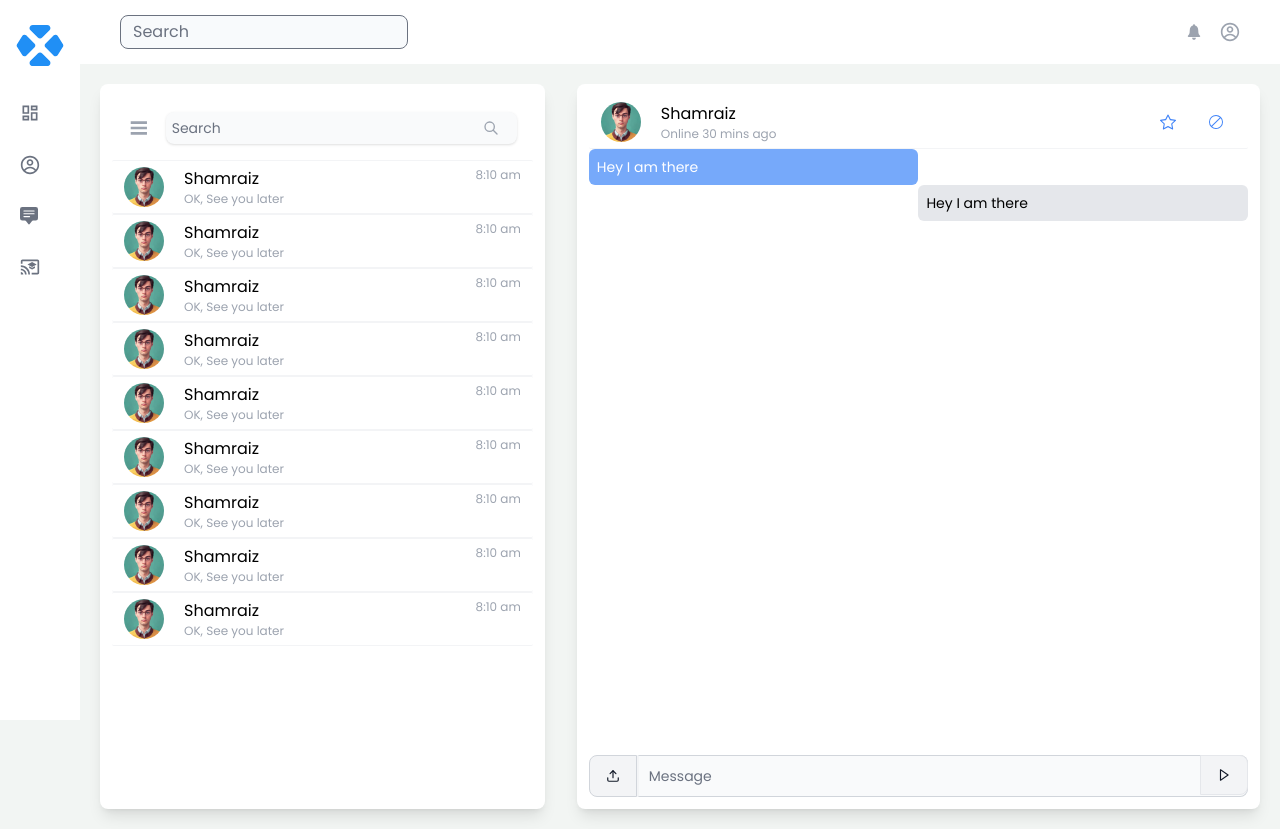
Repository: Shamraiz761/Frontend-Assessment
Page: /chat
The author's editor kept a copy of each file at every save. The page is drawn from the files as they stood at one save, then again after the next save.
The browser window is 1280 px wide. The pictures show the whole page.
The project was rebuilt for these pictures with package versions that can differ from the ones it lists, and the page was loaded fresh each time. Also part of the build but not shown: vite.config.js, src/routes/root.jsx, src/pages/orders/index.jsx, src/pages/submission/index.jsx, src/pages/admin/index.css, src/components/admin/card.jsx, src/components/admin/addCard.jsx, src/pages/admin/index.jsx and 3 more. Imported but missing from the stored project, and not drawn on this page: src/pages/auth/login, src/pages/tasks, src/routes/profileLayout.

Above is the page before, as saved 2023-06-16 11:53:27.

### src/main.jsx
import ReactDOM from 'react-dom/client'

import React from 'react'

import App from './App.jsx'
import './index.css'

ReactDOM.createRoot(document.getElementById('root')).render(
  <React.StrictMode>
    <App />
  </React.StrictMode>,
)

### src/App.jsx
import React from 'react'
import { DndProvider } from 'react-dnd'
import { HTML5Backend } from 'react-dnd-html5-backend'
import 'flowbite'

import AppRoutes from './routes'

export default function App() {
  return (
    <DndProvider backend={HTML5Backend}>
      <AppRoutes />
    </DndProvider>
  )
}

### src/index.css
@import url("https://fonts.googleapis.com/css2?family=Poppins:wght@400;500;600;700;800;900&display=swap");

@tailwind base;
@tailwind components;
@tailwind utilities;

* {
  margin: 0;
  padding: 0;
}

body {
  margin: 0;
  font-family: "Poppins", -apple-system, BlinkMacSystemFont, "Segoe UI",
    "Roboto", "Oxygen", "Ubuntu", "Cantarell", "Fira Sans", "Droid Sans",
    "Helvetica Neue", sans-serif;
  -webkit-font-smoothing: antialiased;
  -moz-osx-font-smoothing: grayscale;
  width: 100vw;
  overflow-x: hidden;
  background-color: #f2f5f3;
  /* background: linear-gradient(180deg, #faefe8 0%, #edc7ac 100%); */
}

code {
  font-family: source-code-pro, Menlo, Monaco, Consolas, "Courier New",
    monospace;
}

.pointer-cursor {
  cursor: pointer;
}

.cusBorder {
  border: 1px solid #000;
  border-radius: 5px;
}

img {
  cursor: pointer;
}
.errors {
  color: #dc3545;
  padding: 0;
  margin: 0;
  font-size: 12px;
}
.loader {
  position: fixed;
  top: 0;
  bottom: 0;
  left: 0;
  right: 0;
  background-color: rgba(47, 151, 161, 0.32);

  display: flex;
  justify-content: center;
  align-items: center;
}

.link {
  color: #000;
  cursor: pointer;
  text-decoration: none;
}
.link:hover {
  color: #000;
}

.trans-btn {
  background-color: transparent;
  border: none;
}
.profile-logout-btn {
  border: 0;
}
.profile-logout-btn:hover {
  border: 0;
}
.profile-btn {
  border-radius: 0;
  border: 0;
}
.logout-btn {
  border-radius: 0;
  border: 0;
}
.logout-btn:hover {
  background-color: rgba(220, 53, 69, 0.5);
  border: 0;
  color: #fff;
}
.breadcrumbs ul {
  list-style: none;
  display: inline-block;
}

.breadcrumbs ul li {
  display: inline;
}

.breadcrumbs ul li .bc-link {
  /* display: block; */
  width: max-content;
  background-color: #f8f9fa;
  padding: 6px 15px 6px 25px;
  text-align: center;
  position: relative;
  margin: 0 10px 0 0;
  font-size: 15px;
  text-decoration: none;
  color: #000;
}
.breadcrumbs ul li .bc-link::after {
  content: "";
  border-top: 17px solid transparent;
  border-bottom: 17px solid transparent;
  border-left: 17px solid #f8f9fa;
  position: absolute;
  top: 0;
  right: -17px;
  z-index: 1;
}
.breadcrumbs ul li .bc-link::before {
  content: "";
  border-top: 17px solid transparent;
  border-bottom: 17px solid transparent;
  border-left: 17px solid #71cdd5;
  position: absolute;
  top: 0;
  left: 0;
}
.breadcrumbs ul li:first-child .bc-link {
  border-top-left-radius: 5px;
  border-bottom-left-radius: 5px;
}
.breadcrumbs ul li:first-child .bc-link::before {
  display: none;
}

.breadcrumbs ul li:last-child .bc-link {
  padding-right: 20px;
  border-top-right-radius: 5px;
  border-bottom-right-radius: 5px;
}
.breadcrumbs ul li:last-child .bc-link::after {
  display: none;
}

@media screen and (max-width: 500px) {
  .breadcrumbs ul li .bc-link {
    /* display: block; */
    padding: 2px 2px 2px 13px;
    /* margin: 0 10px 0 0; */
    font-size: 14px;
  }

  .breadcrumbs ul li .bc-link::after {
    content: "";
    border-top: 11.6px solid transparent;
    border-bottom: 11.6px solid transparent;
    border-left: 11.6px solid #f8f9fa;
    position: absolute;
    top: 0;
    right: -11.6px;
    z-index: 1;
  }
  .breadcrumbs ul li .bc-link::before {
    content: "";
    border-top: 11.6px solid transparent;
    border-bottom: 11.6px solid transparent;
    border-left: 11.6px solid #71cdd5;
    position: absolute;
    top: 0;
    left: 0;
  }
  .breadcrumbs ul li:last-child .bc-link {
    padding-right: 5px;
  }
}

@media screen and (max-width: 350px) {
  .breadcrumbs ul li .bc-link {
    /* display: block; */
    padding: 2px 2px 2px 12px;
    /* margin: 0 10px 0 0; */
    font-size: 10px;
  }

  .breadcrumbs ul li .bc-link::after {
    content: "";
    border-top: 9px solid transparent;
    border-bottom: 9px solid transparent;
    border-left: 9px solid #f8f9fa;
    position: absolute;
    top: 0;
    right: -9px;
    z-index: 1;
  }
  .breadcrumbs ul li .bc-link::before {
    content: "";
    border-top: 9px solid transparent;
    border-bottom: 9px solid transparent;
    border-left: 9px solid #edc7ac;
    position: absolute;
    top: 0;
    left: 0;
  }
  .breadcrumbs ul li:last-child .bc-link {
    padding-right: 5px;
  }
}

/* ********************************************** */

### src/routes/index.jsx
import {
  createBrowserRouter,
  createRoutesFromElements,
  RouterProvider,
  Route,
} from "react-router-dom";

import * as React from "react";

import Layout from "./layout";
import Root from "./root";

import Login from "../pages/auth/login";
import Chat from "../pages/chat";
import UserChat from "../components/chat/userChat";
import ProfileLayout from "./profileLayout";
import Tasks from "../pages/tasks";
import Orders from "../pages/orders";
import Submission from "../pages/submission";
import Admin from "../pages/admin";
import MarketPlace from "../pages/marketplace";
import View from "../pages/view";

export default function AppRoutes() {
  const router = createBrowserRouter(
    createRoutesFromElements(
      <Route>
        <Route path="/login" element={<Login />} />

        <Route element={<Layout />}>
          <Route path="/chat" element={<Chat />}>
            <Route path="userchat" element={<UserChat />} />
          </Route>
          <Route path="/marketplace" element={<MarketPlace />} />
          <Route path="/view" element={<View />} />

          <Route path={"/"} element={<ProfileLayout />}>
            {/* Add Task order payment submit route here */}
            <Route path="/admin" element={<Admin />} />
            <Route path="/" element={<Tasks />} />
            <Route path="/orders" element={<Orders />} />
            <Route path="/tasks" element={<Tasks />} />
            <Route path="/submission" element={<Submission />} />
          </Route>
        </Route>
      </Route>
    )
  );

  return <RouterProvider router={router} />;
}

### src/routes/layout.jsx
import { Link, Outlet, useNavigate } from "react-router-dom";
import { Gi3DGlasses } from "react-icons/gi";
import { CgProfile } from "react-icons/cg";
import { BsArrowLeft, BsFillChatSquareTextFill } from "react-icons/bs";
import { MdOutlineDashboard, MdOutlineCastForEducation } from "react-icons/md";
import "./index.css";

import React, { useState } from "react";
import Header from "../components/header/index";

export default function Layout() {
  const [open, setOpen] = useState(false);
  const [type, setType] = useState(false);
  const navigate = useNavigate();
  return (
    <div>
      <div
        className={`h-screen bg-white p-3 ${
          open ? "w-56" : "w-20"
        } fixed top-0 sidebar z-50`}
      >
        <div className="flex flex-row justify-center">
          <svg
            width="67"
            height="67"
            viewBox="0 0 67 67"
            fill="none"
            xmlns="http://www.w3.org/2000/svg"
            className={` text-4xl block float-left cursor-pointer rounded transition duration-500 ${
              !open && "rotate-[360deg]"
            }`}
            onClick={() => {
              setOpen(!open);
              setType(false);
            }}
          >
            <path
              d="M22.138 15.2984L30.8759 24.0363C32.3276 25.488 34.7005 25.488 36.1522 24.0363L44.8901 15.2984C47.2351 12.9534 45.588 8.90552 42.238 8.90552H24.7622C21.4401 8.90552 19.7651 12.9534 22.138 15.2984Z"
              fill="#208FF5"
            />
            <path
              d="M22.138 51.7017L30.8759 42.9637C32.3276 41.5121 34.7005 41.5121 36.1522 42.9637L44.8901 51.7017C47.2351 54.0467 45.588 58.0946 42.238 58.0946H24.7622C21.4401 58.0946 19.7651 54.0467 22.138 51.7017Z"
              fill="#208FF5"
            />
            <path
              d="M6.03002 31.9088L12.423 21.8588C13.428 20.2676 15.6614 20.0163 17.0014 21.3563L27.0514 31.4063C28.1959 32.5509 28.1959 34.4213 27.0514 35.5659L17.0014 45.6159C15.6614 46.9559 13.456 46.7047 12.423 45.1134L6.03002 35.0634C5.44377 34.1142 5.44377 32.8859 6.03002 31.9088Z"
              fill="#208FF5"
            />
            <path
              d="M60.9701 31.9088L54.5771 21.8588C53.5721 20.2676 51.3387 20.0163 49.9987 21.3563L39.9488 31.4063C38.8042 32.5509 38.8042 34.4213 39.9488 35.5659L49.9987 45.6159C51.3387 46.9559 53.5442 46.7047 54.5771 45.1134L60.9701 35.0634C61.5563 34.1142 61.5563 32.8859 60.9701 31.9088Z"
              fill="#208FF5"
            />
          </svg>
        </div>

        {/* Search */}

        <ul className="pt-2">
          {/* Dashboard */}
          <Link
            to="/marketplace"
            className={` rounded-md text-gray-500  text-xs flex items-center gap-x-4 cursor-pointer hover:bg-gray-50 hover:text-blue-500 py-4 p-2`}
          >
            <span className="text-xl block float-left">
              <MdOutlineDashboard />
            </span>
            <span
              className={` text-sm font-md flex-1 hidden-link ${
                !open && "hidden"
              }`}
            >
              Marketplace
            </span>
          </Link>

          <Link
            className={` rounded-md text-gray-500  text-xs flex items-center gap-x-4 cursor-pointer hover:bg-gray-50 hover:text-blue-500 py-4 p-2`}
            to="/"
          >
            <span className="text-xl block float-left">
              <CgProfile />
            </span>
            <span
              className={` text-xs font-md flex-1 hidden-link ${
                !open && "hidden"
              }`}
            >
              Profile
            </span>
          </Link>

          {/* Lens */}
          <Link
            className={` rounded-md text-gray-500  text-xs flex items-center gap-x-4 cursor-pointer hover:bg-gray-50 hover:text-blue-500 py-4 p-2`}
            to="/chat"
          >
            <span className="text-lg block float-left">
              <BsFillChatSquareTextFill />
            </span>
            <span
              className={` text-xs font-md flex-1  hidden-link ${
                !open && "hidden"
              }`}
            >
              Chat
            </span>
          </Link>

          {/* Orders */}
          <Link
            className={` rounded-md text-gray-500  text-xs flex items-center gap-x-4 cursor-pointer hover:bg-gray-50 hover:text-blue-500 py-4 p-2`}
            to="/education"
          >
            <span className="text-xl block float-left">
              <MdOutlineCastForEducation />
            </span>
            <span
              className={` text-xs font-md flex-1  hidden-link ${
                !open && "hidden"
              }`}
            >
              Education
            </span>
          </Link>
        </ul>
      </div>
      <div className={`${open ? "ml-56" : "ml-20"}`}>
        <Header />
        <Outlet />
      </div>
    </div>
  );
}

### src/pages/chat/index.jsx
import { VscThreeBars } from "react-icons/vsc";

import React from "react";

import UserChat from "../../components/chat/userChat";
import ChatsCard from "../../components/chat/chatsCard";

function Chat() {
  return (
    <div className="m-5 grid grid-cols-1 md:grid-cols-5  gap-8 flex-wrap">
      <div className="col-span-1 md:col-span-2 p-3 bg-white rounded-lg shadow-lg min-h-screen">
        <form className="m-4">
          <div className="flex items-center">
            <VscThreeBars className=" mr-4   rounded-lg text-gray-400 cursor-pointer text-2xl" />
            <div className="relative w-full  ">
              <input
                type="search"
                id='location-search"'
                className=" p-1.5 w-full focus:ring-gray-300  z-20 text-sm text-gray-200 bg-gray-50 shadow rounded-lg"
                placeholder="Search"
                required
                style={{ border: "none", outline: "none" }}
              />

              <button
                type="submit"
                className="absolute top-0 right-0 p-1.5 text-sm font-medium text-gray-400  rounded-r-lg   "
              >
                <svg
                  aria-hidden="true"
                  className="w-4 h-4 mr-3 mt-0.5"
                  fill="none"
                  stroke="currentColor"
                  viewBox="0 0 24 24"
                  xmlns="http://www.w3.org/2000/svg"
                >
                  <path
                    strokeLinecap="round"
                    strokeLinejoin="round"
                    strokeWidth={2}
                    d="M21 21l-6-6m2-5a7 7 0 11-14 0 7 7 0 0114 0z"
                  />
                </svg>
                <span className="sr-only">Search</span>
              </button>
            </div>
          </div>
        </form>
        <ChatsCard />
        <ChatsCard />
        <ChatsCard />
        <ChatsCard />
        <ChatsCard />
        <ChatsCard />
        <ChatsCard />
        <ChatsCard />
        <ChatsCard />
      </div>

      <UserChat />
    </div>
  );
}

export default Chat;

### src/components/chat/userChat.jsx
import { VscCircleSlash } from "react-icons/vsc";
import { BsStar } from "react-icons/bs";
import { FiUpload } from "react-icons/fi";
import { BiRightArrow } from "react-icons/bi";

import React from "react";

import Profile from "../../assets/images/profilePic.jpg";

function UserChat() {
  return (
    <div className="col-span-1 md:col-span-3 p-3  bg-white rounded-lg shadow-lg overflow-y">
      {" "}
      <div className="flex flex-row  px-3 py-1.5  border-b border-gray-100 rounded-sm ">
        <img src={Profile} className="h-10 w-10 rounded-full" />
        <div className="ml-5 flex flex-row justify-between w-full ">
          <div>
            {" "}
            <h1>Shamraiz</h1>{" "}
            <p className="text-xs font-thin text-gray-400">
              Online 30 mins ago
            </p>
          </div>
          <div className="flex flex-row items-center">
            <BsStar className="text-blue-500 mr-8" />
            <VscCircleSlash className="text-blue-500 mr-3" />
          </div>
        </div>
      </div>
      <div className="chats ">
        <p className="text-sm bg-blue-400 rounded-md p-2 text-white flex flex-col  justify-end w-1/2">
          Hey I am there
        </p>

        <p className="text-sm bg-gray-200 rounded-md p-2  flex flex-col float-right justify-end w-1/2">
          Hey I am there
        </p>
      </div>
      <div
        className="flex flex-col w-full  justify-end "
        style={{ height: "80vh" }}
      >
        <form className=" ">
          <div className="flex">
            <button
              id="dropdown-button"
              data-dropdown-toggle="dropdown"
              className="flex-shrink-0 z-10 inline-flex items-center py-2.5 px-4 text-sm font-medium text-center text-gray-900 bg-gray-100 border border-gray-300 dark:border-gray-700 dark:text-white rounded-l-lg hover:bg-gray-200  focus:outline-none "
              type="button"
            >
              <FiUpload />
            </button>
            <div
              id="dropdown"
              className="z-10 hidden bg-white divide-y divide-gray-100 rounded-lg shadow w-44 dark:bg-gray-700"
            >
              <ul
                className="py-2 text-sm text-gray-700 dark:text-gray-200"
                aria-labelledby="dropdown-button"
              >
                <li>
                  <a
                    href="#"
                    className="block px-4 py-2 hover:bg-gray-100 dark:hover:bg-gray-600 dark:hover:text-white"
                  >
                    Photo
                  </a>
                </li>
                <li>
                  <a
                    href="#"
                    className="block px-4 py-2 hover:bg-gray-100 dark:hover:bg-gray-600 dark:hover:text-white"
                  >
                    Vedio
                  </a>
                </li>
                <li>
                  <a
                    href="#"
                    className="block px-4 py-2 hover:bg-gray-100 dark:hover:bg-gray-600 dark:hover:text-white"
                  >
                    Document
                  </a>
                </li>
                <li>
                  <a
                    href="#"
                    className="block px-4 py-2 hover:bg-gray-100 dark:hover:bg-gray-600 dark:hover:text-white"
                  >
                    Finance
                  </a>
                </li>
              </ul>
            </div>
            <div className="relative w-full">
              <input
                type="search"
                id="search-dropdown"
                className="block p-2.5 w-full z-20 text-sm text-gray-900 bg-gray-50 rounded-r-lg border-l-gray-100 border-l-2 border border-gray-300 focus:ring-blue-500 focus:border-blue-500 dark:bg-gray-700 dark:border-gray-600 dark:placeholder-gray-400 dark:text-white dark:focus:border-blue-500"
                placeholder="Message"
              />
              <button
                type="submit"
                className="absolute top-0 right-0 z-10 py-3 px-4 text-sm font-medium text-gray-900 bg-gray-100 rounded-r-lg border "
              >
                <BiRightArrow />
              </button>
            </div>
          </div>
        </form>
      </div>
    </div>
  );
}

export default UserChat;

### src/routes/index.css
.sidebar {
    transition: all 0.2s ease-in;
}
.hidden-link {
    transition: all 1s ease-in;
}

### src/components/header/index.jsx
import { IoIosNotifications } from "react-icons/io";

import React from "react";
import { CgProfile } from "react-icons/cg";

function Header() {
  return (
    <div>
      {/* component */}
      <nav className=" bg-white w-full flex relative justify-between items-center mx-auto px-8 py-4 h-16">
        {/* search bar */}
        <div className="hidden sm:block flex-shrink flex-grow-0 justify-start px-2">
          <div className="inline-block">
            <div className="inline-flex items-center max-w-full">
              <input
                className="flex items-center text-gray-400 bg-slate-50 justify-between  flex-grow-0  relative w-72 border rounded-lg  py-1"
                type="search"
                placeholder="Search"
              />

              <div className="flex items-center justify-center relative  h-8 w-24 rounded-full"></div>
            </div>
          </div>
        </div>

        <div className="flex-initial">
          <div className="flex justify-end items-center relative">
            <div className="block">
              <div className="inline relative sm:flex sm:flex-row sm:justify-center">
                <button
                  type="button"
                  className="inline-flex items-center relative px-2  rounded-full hover:shadow-lg"
                >
                  <IoIosNotifications className="text-gray-400 text-xl" />
                </button>
                <button
                  type="button"
                  className="inline-flex items-center relative px-2  rounded-full hover:shadow-lg"
                >
                  <CgProfile className="text-gray-400 text-xl" />
                </button>
              </div>
            </div>
          </div>
        </div>
        {/* end login */}
      </nav>
    </div>
  );
}

export default Header;

### src/components/chat/chatsCard.jsx
import React from "react";

import Profile from "../../assets/images/profilePic.jpg";

function ChatsCard() {
  return (
    <div className="flex flex-row px-3 py-1.5  border-y border-gray-100 rounded-sm hover:bg-blue-200">
      <img src={Profile} className="h-10 w-10 rounded-full" />
      <div className="ml-5 flex flex-row justify-between w-full ">
        <div>
          {" "}
          <h1>Shamraiz</h1>{" "}
          <p className="text-xs font-thin text-gray-400">OK, See you later</p>
        </div>
        <p className="text-xs font-thin text-gray-400">8:10 am</p>
      </div>
    </div>
  );
}

export default ChatsCard;

### tailwind.config.cjs
const colors = require('tailwindcss/colors');
const defaultTheme = require('tailwindcss/defaultTheme');

module.exports = {
  content: ['./src/**/*.{js,jsx,ts,tsx}', "node_modules/flowbite/**/*.js"],
  theme: {
    extend: {
      colors: {
        // set primary color from figma
        // primary: {
        // },
      },
      fontFamily: {
        poppins: ['Poppins', ...defaultTheme.fontFamily.sans],
      },
      fontSize: {
        xxs: '0.5rem',
      },
    },
  },
  plugins: [
    require('flowbite/plugin')
  ],

};

Loaded but not shown: index.html (common file)

After the next save:
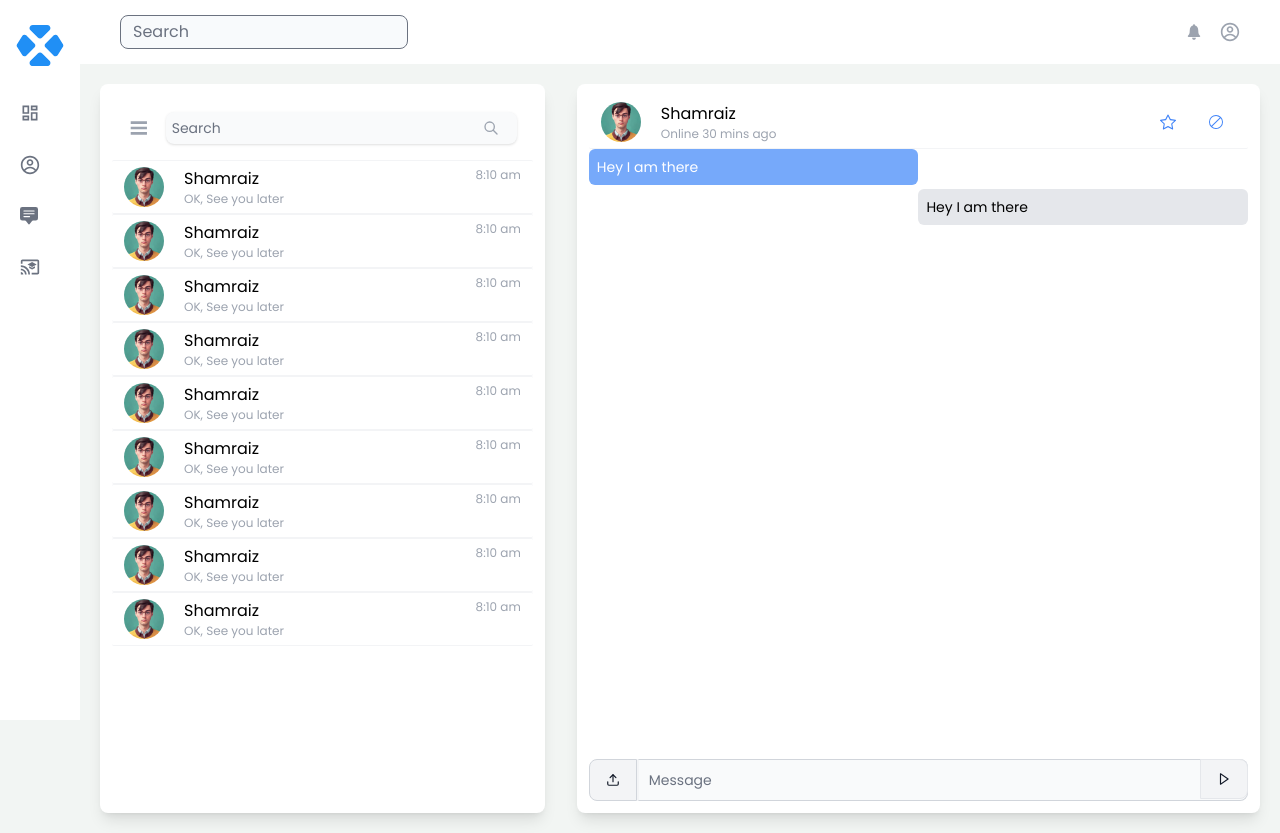
Saved 104 s later.
--- a/src/components/chat/userChat.jsx
+++ b/src/components/chat/userChat.jsx
@@ -28,7 +28,7 @@ function UserChat() {
         </div>
       </div>
       <div className="chats ">
-        <p className="text-sm bg-blue-400 rounded-md p-2 text-white flex flex-col  justify-end w-1/2">
+        <p className="text-sm bg-blue-400 rounded-md mb-1 p-2 text-white flex flex-col  justify-end w-1/2">
           Hey I am there
         </p>
 
